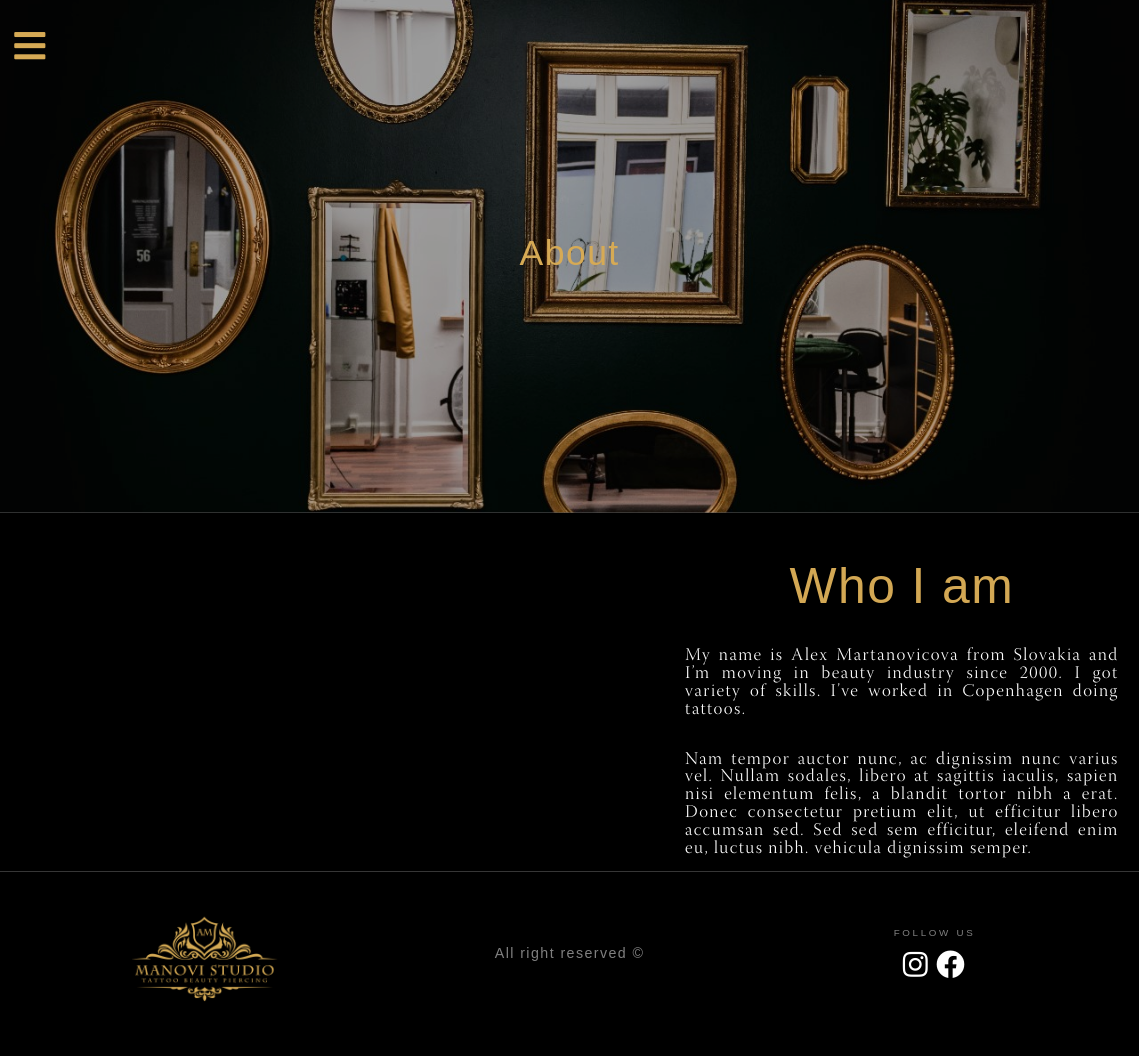
Repository: Spreceriany/TattooWeb
Page: about.html
These files come from the project's save history. The page is drawn as it stood at one moment and after the next save; the edit follows.
The browser window is 1280 px wide. The pictures show the whole page, at 89% of full size.
Some web fonts or font styles are not loaded; a fallback is used. Some web libraries are served in a nearby version.

Above is the page before, as saved 2020-04-10 19:56:00.
Console error: ReferenceError: AOS is not defined

After the next save:
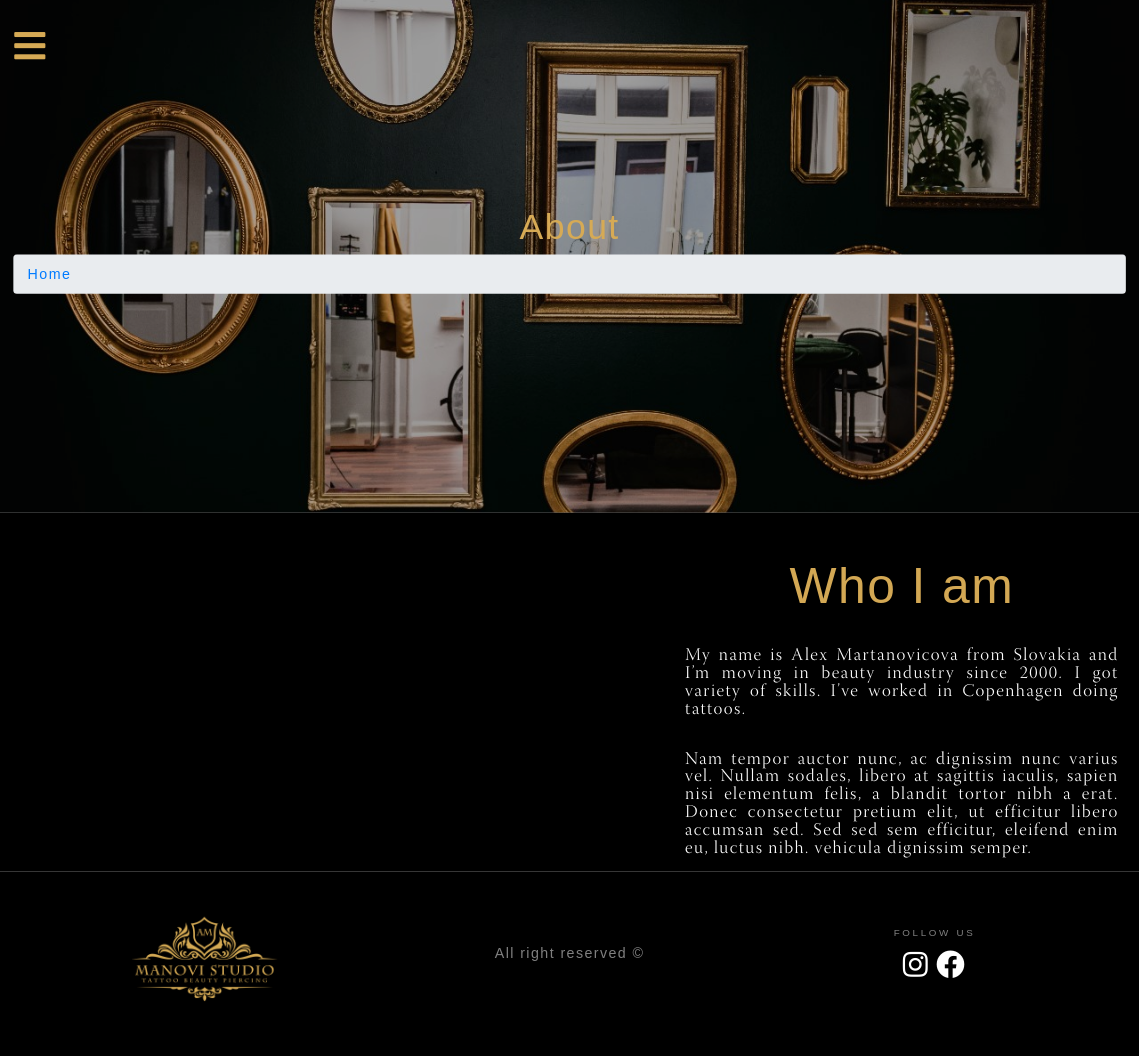
Saved 5 min 18 s later.
--- a/about.html
+++ b/about.html
@@ -66,7 +66,12 @@
 
       <div class="container-fluid about-bg flex-column d-flex justify-content-center text-center">
        <h1 class="gold">About</h1>
+       <ol class="breadcrumb">
+         <li>
+           <a href="#index.html">Home</a>
+         </li>
 
+       </ol>
       </div>
 
 
